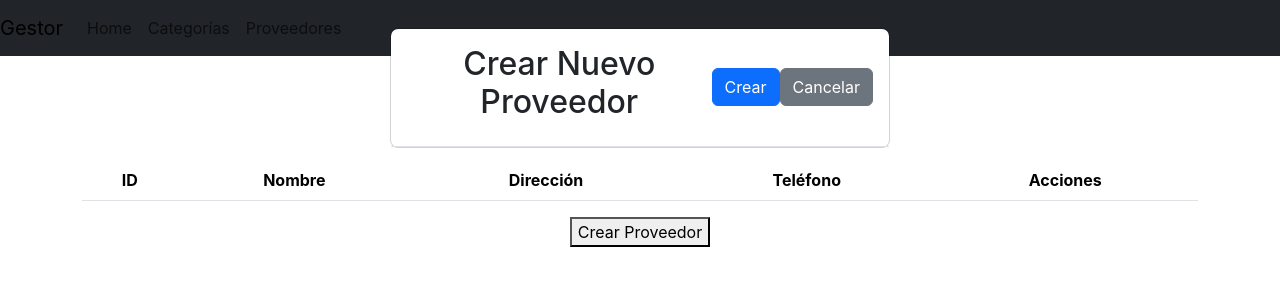
Repository: SantiagoGuaman/gestor-app
Page: /providers, after clicking the first element matching `button`
The author's editor kept a copy of each file at every save. The page is drawn from the files as they stood at one save, then again after a run of saves.
The browser window is 1280 px wide. The pictures show the whole page.
The page's requests for data from a server got no answer. The project was rebuilt for these pictures with package versions that can differ from the ones it lists, and the page was loaded fresh each time. No one was signed in, and anything a server would have sent is missing. Also part of the build but not shown: src/App.css, src/Categories/GetDataCategories.js, src/HomePage/HomePage.js.

Above is the page before, as saved 2024-02-14 11:34:05.

### public/index.html
<!DOCTYPE html>
<html lang="en">
  <head>
    <meta charset="utf-8" />
    <link rel="icon" href="%PUBLIC_URL%/favicon.ico" />
    <meta name="viewport" content="width=device-width, initial-scale=1" />
    <meta name="theme-color" content="#000000" />
    <meta
      name="description"
      content="Web site created using create-react-app"
    />
    <link rel="apple-touch-icon" href="%PUBLIC_URL%/logo192.png" />
    <!--
      manifest.json provides metadata used when your web app is installed on a
      user's mobile device or desktop. See https://developers.google.com/web/fundamentals/web-app-manifest/
    -->
    <link href="https://cdn.jsdelivr.net/npm/bootstrap@5.3.2/dist/css/bootstrap.min.css" rel="stylesheet" integrity="sha384-T3c6CoIi6uLrA9TneNEoa7RxnatzjcDSCmG1MXxSR1GAsXEV/Dwwykc2MPK8M2HN" crossorigin="anonymous">
    <link rel="manifest" href="%PUBLIC_URL%/manifest.json" />
    <!--
      Notice the use of %PUBLIC_URL% in the tags above.
      It will be replaced with the URL of the `public` folder during the build.
      Only files inside the `public` folder can be referenced from the HTML.

      Unlike "/favicon.ico" or "favicon.ico", "%PUBLIC_URL%/favicon.ico" will
      work correctly both with client-side routing and a non-root public URL.
      Learn how to configure a non-root public URL by running `npm run build`.
    -->
    <title>Gestor APP</title>
  </head>
  <body>
    <noscript>You need to enable JavaScript to run this app.</noscript>
    <div id="root"></div>
    <!--
      This HTML file is a template.
      If you open it directly in the browser, you will see an empty page.

      You can add webfonts, meta tags, or analytics to this file.
      The build step will place the bundled scripts into the <body> tag.

      To begin the development, run `npm start` or `yarn start`.
      To create a production bundle, use `npm run build` or `yarn build`.
    -->
  </body>
  <script src="https://cdn.jsdelivr.net/npm/bootstrap@5.3.2/dist/js/bootstrap.bundle.min.js" integrity="sha384-C6RzsynM9kWDrMNeT87bh95OGNyZPhcTNXj1NW7RuBCsyN/o0jlpcV8Qyq46cDfL" crossorigin="anonymous"></script>
</html>

### src/App.js
import { BrowserRouter, Route, Routes } from 'react-router-dom';
import './App.css';
import GetDataCategories from './Categories/GetDataCategories';
import NavBar from './NavBar/NavBar';
import GetDataProviders from './Proveedores/GetDataProviders';
import HomePage from './HomePage/HomePage';

function App() {
  return (
    <div>
      <BrowserRouter>
        <NavBar />
        <Routes>
          <Route exact path='/' element={<HomePage />} />
          <Route exact path='/categories' element={<GetDataCategories />} />
          <Route exact path='/providers' element={<GetDataProviders />} />
        </Routes>
      </BrowserRouter>
    </div>
  );
}

export default App;

### src/NavBar/NavBar.js
import React from 'react'
import { Link } from 'react-router-dom'

function NavBar() {
    return (
        <nav className="navbar navbar-expand-lg navbar-light bg-dark lg">
            <Link className="navbar-brand" to="/">Gestor</Link>
            <button className="navbar-toggler" type="button" data-toggle="collapse" data-target="#navbarNav" aria-controls="navbarNav" aria-expanded="false" aria-label="Toggle navigation">
                <span className="navbar-toggler-icon"></span>
            </button>
            <div className="collapse navbar-collapse" id="navbarNav">
                <ul className="navbar-nav">
                    <li className="nav-item active">
                        <Link className="nav-link" to="/">Home</Link>
                    </li>
                    <li className="nav-item">
                        <Link className="nav-link" to="/categories">Categorías</Link>
                    </li>
                    <li className="nav-item">
                        <Link className="nav-link" to="/providers">Proveedores</Link>
                    </li>
                </ul>
            </div>
        </nav>
    )
}

export default NavBar

### src/Proveedores/GetDataProviders.js
import React, { useEffect, useState } from 'react'

function GetDataProviders() {

    const endPoint = 'http://localhost:8080/api/proveedores';

    const [proveedores, setProveedores] = useState([]);
    const [newProveedor, setNewProveedor] = useState({
        nombre: '',
        direccion: '',
        telefono: ''
    });
    const [editProveedor, setEditProveedor] = useState({
        nombre: '',
        direccion: '',
        telefono: ''
    });
    const [isCreateModalOpen, setCreateModalOpen] = useState(false);

    const fetchData = async () => {
        try {
            const response = await fetch(endPoint);
            if (response.ok) {
                const data = await response.json();
                setProveedores(data);
            }
        } catch (error) {
            console.error("Error fetching data:", error);
        }
    };

    const handleCreate = async () => {
        try {
            const response = await fetch(endPoint, {
                method: 'POST',
                headers: {
                    'Content-Type': 'application/json',
                },
                body: JSON.stringify(newProveedor),
            });

            if (response.ok) {
                console.log('Proveedor creado exitosamente');
                fetchData();
                setNewProveedor({
                    nombre: '',
                    direccion: '',
                    telefono: ''
                });
                setCreateModalOpen(false);
            } else {
                console.error('Error al crear el Proveedor');
            }
        } catch (error) {
            console.error('Error al procesar la solicitud de creación:', error);
        }
    };

    const handleEdit = (proveedor) => {
        setEditProveedor(proveedor);
    };

    const handleUpdate = async () => {
        try {
            const response = await fetch(`${endPoint}/${editProveedor.id}`, {
                method: 'PUT',
                headers: {
                    'Content-Type': 'application/json',
                },
                body: JSON.stringify(editProveedor),
            });

            if (response.ok) {
                console.log('Proveedor actualizado exitosamente');
                fetchData();
                setEditProveedor({
                    id: null,
                    nombre: '',
                    direccion: '',
                    telefono: ''
                });
            } else {
                console.error('Error al actualizar el Proveedor');
            }
        } catch (error) {
            console.error('Error al procesar la solicitud de actualización:', error);
        }
    };

    const handleDelete = async (id) => {
        try {
            const response = await fetch(`${endPoint}/${id}`, {
                method: 'DELETE',
            });

            if (response.ok) {
                console.log('Proveedor eliminado exitosamente');
                fetchData();
            } else {
                console.error('Error al eliminar al Proveedor');
            }
        } catch (error) {
            console.error('Error al procesar la solicitud de eliminación:', error);
        }
    }


    useEffect(() => {
        fetchData();
    }, []);

    return (
        <div className='container text-center mt-5'>
            <h1>Lista de Proveedores</h1>
            <table className="table table-hover">
                <thead>
                    <tr>
                        <th>ID</th>
                        <th>Nombre</th>
                        <th>Dirección</th>
                        <th>Teléfono</th>
                        <th>Acciones</th>
                    </tr>
                </thead>
                <tbody>
                    {proveedores.map((proveedor) => (
                        <tr key={proveedor.id_proveedor}>
                            <td>{proveedor.id_proveedor}</td>
                            <td>{proveedor.nombre}</td>
                            <td>{proveedor.direccion}</td>
                            <td>{proveedor.telefono}</td>
                            <td>
                                <button className='btn btn-secondary' onClick={() => handleEdit(proveedor)}>Editar</button>
                                <button className='btn btn-danger' onClick={() => handleDelete(proveedor.id_proveedor)}>Eliminar</button>
                            </td>
                        </tr>
                    ))}
                </tbody>
            </table>
            <button onClick={() => setCreateModalOpen(true)}>Crear Proveedor</button>
            {isCreateModalOpen && (
                <div className="modal" tabIndex="-1" role="dialog" style={{ display: 'block' }}>
                    <div className="modal-dialog" role="document">
                        <div className="modal-content">
                            <div className="modal-header">
                                <h2>Crear Nuevo Proveedor</h2>

                                <button className='btn btn-primary' onClick={handleCreate}>Crear</button>
                                <button type="button" className="btn btn-secondary" onClick={() => setCreateModalOpen(false)}>Cancelar</button>
                            </div>

                        </div>
                    </div>
                </div>

            )}
            {editProveedor.id && (
                <div>
                    <h2>Editar Proveedor</h2>
                    <input
                        type="text"
                        value={editProveedor.nombre}
                        onChange={(e) => setEditProveedor({ ...editProveedor, nombre: e.target.value })}
                    />
                    <input
                        type="text"
                        value={editProveedor.direccion}
                        onChange={(e) => setEditProveedor({ ...editProveedor, direccion: e.target.value })}
                    />
                    <input
                        type="text"
                        value={editProveedor.telefono}
                        onChange={(e) => setEditProveedor({ ...editProveedor, telefono: e.target.value })}
                    />
                    <button className='btn btn-success' onClick={handleUpdate}>Guardar</button>
                </div>
            )}
        </div>
    );
}

export default GetDataProviders

Loaded but not shown: src/index.js (common file); src/index.css (common file); src/reportWebVitals.js (common file)

After the next 6 saves:
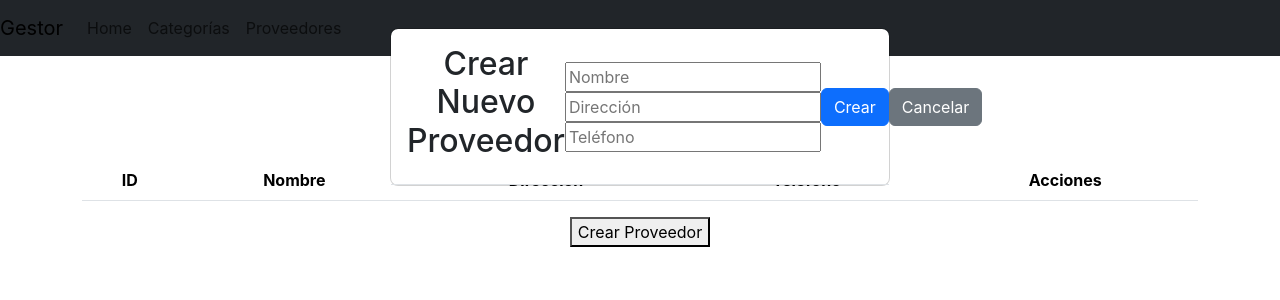
The 6 saves are shown as one change because they came seconds apart.
The last was saved 15 s later.
--- a/src/Proveedores/GetDataProviders.js
+++ b/src/Proveedores/GetDataProviders.js
@@ -144,7 +144,26 @@ function GetDataProviders() {
                         <div className="modal-content">
                             <div className="modal-header">
                                 <h2>Crear Nuevo Proveedor</h2>
-
+                                <div >
+                                <input
+                                    type="text"
+                                    placeholder="Nombre"
+                                    value={newProveedor.nombre}
+                                    onChange={(e) => setNewProveedor({ ...newProveedor, nombre: e.target.value })}
+                                />
+                                <input
+                                    type="text"
+                                    placeholder="Dirección"
+                                    value={newProveedor.direccion}
+                                    onChange={(e) => setNewProveedor({ ...newProveedor, direccion: e.target.value })}
+                                />
+                                <input
+                                    type="text"
+                                    placeholder="Teléfono"
+                                    value={newProveedor.telefono}
+                                    onChange={(e) => setNewProveedor({ ...newProveedor, telefono: e.target.value })}
+                                />
+                                </div>
                                 <button className='btn btn-primary' onClick={handleCreate}>Crear</button>
                                 <button type="button" className="btn btn-secondary" onClick={() => setCreateModalOpen(false)}>Cancelar</button>
                             </div>
